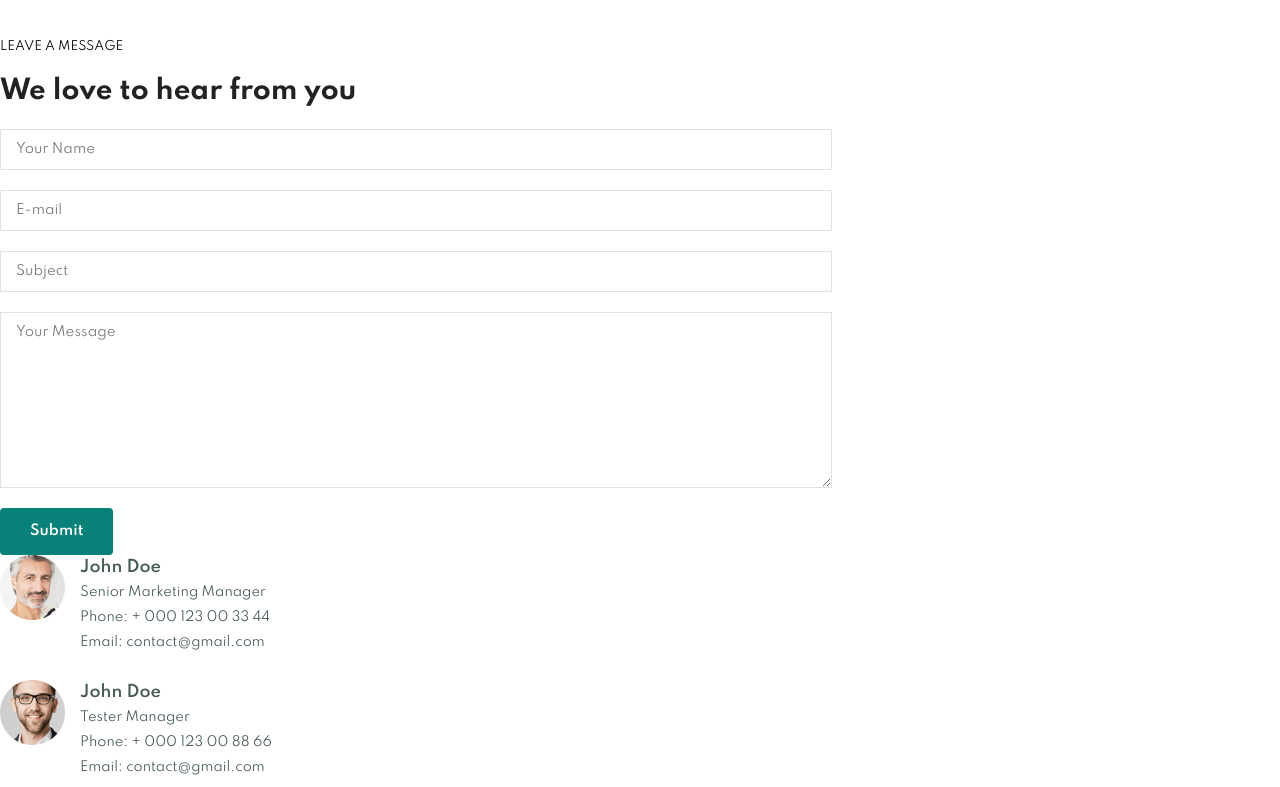
Repository: MinhNhatIT2901/Ecommerce
Page: contact.html
An editor plug-in stored every save of this project. The page is shown before and after the next save, followed by the edit.
The browser window is 1280 px wide. The pictures show the part of the page from y = 813 to 1600 px (the page is 2396 px tall before and 2213 px after).
Pictures or frames that could not be fetched are drawn as grey boxes. Some web libraries are served in a nearby version.

Above is the page before, as saved 2022-01-19 21:26:12.

### contact.html
<!DOCTYPE html>
<html lang="en">
<head>
    <meta charset="UTF-8">
    <meta http-equiv="X-UA-Compatible" content="IE=edge">
    <meta name="viewport" content="width=device-width, initial-scale=1.0">
    <title>Ecommerce</title>
    <link rel="stylesheet" href="https://pro.fontawesome.com/releases/v5.10.0/css/all.css" integrity="sha384-AYmEC3Yw5cVb3ZcuHtOA93w35dYTsvhLPVnYs9eStHfGJvOvKxVfELGroGkvsg+p" crossorigin="anonymous"/>
    <link rel="stylesheet" href="./styles/style.css">
</head>
<body>

    <section id="header">
        <a href="">
            <img src="./imgs/img/logo.png" alt="" class="logo">
        </a>
        <div>
            <ul id="navbar">
                <li><a href="index.html">Home</a></li>
                <li><a href="shop.html">Shop</a></li>
                <li><a href="blog.html">Blog</a></li>
                <li><a href="about.html">About</a></li>
                <li><a class="active" href="contact.html">Contact</a></li>
                <li id="lg-bar"><a href="cart.html"><i class="far fa-shopping-bag"></i></a></li>
                <li><a href="login.html"><i class="fas fa-user"></i></a></li>
                <a href="#" id="close">
                    <i class="far fa-times"></i>
                </a>
            </ul>
        </div>
        <div id="mobile">
            <a href="cart.html"><i class="far fa-shopping-bag"></i></a>
            <i id="bar" class="fas fa-outdent"></i>
        </div>
    </section>

    <section id="page-header" class="about-header">
        <h2>#let's_talk</h2>
        <p>LEAVE A MESSAGE, We love to hear from you!</p>
    </section>

    <section class="contact-details section-p1">
        <div class="details">
            <span>GET IN TOUCH</span>
            <h2>Visit one of our agency locations or contact us today</h2>
            <h3>Head Office</h3>
            <div>
                <li>
                    <i class="fal fa-map"></i>
                    <p>56 Glassford Street Glasgow G1 1UL New York</p>
                </li>
                <li>
                    <i class="far fa-envelope"></i>
                    <p>contact@gmail.com</p>
                </li>
                <li>
                    <i class="fas fa-phone-alt"></i>
                    <p>+84 456 9999</p>
                </li>
                <li>
                    <i class="far fa-clock"></i>
                    <p>Monday to Saturday: 9.00am to 16.pm</p>
                </li>
            </div>
        </div>
        <div class="map">
            <iframe src="https://www.google.com/maps/embed?pb=!1m18!1m12!1m3!1d2469.808984134499!2d-1.2565554842535356!3d51.754816379676555!2m3!1f0!2f0!3f0!3m2!1i1024!2i768!4f13.1!3m3!1m2!1s0x4876c6a9ef8c485b%3A0xd2ff1883a001afed!2zxJDhuqFpIGjhu41jIE94Zm9yZA!5e0!3m2!1svi!2s!4v1642600581756!5m2!1svi!2s" width="600" height="450" style="border:0;" allowfullscreen="" loading="lazy"></iframe>
        </div>
    </section>

    <section id="form-details">
        <form action="">
            <span>LEAVE A MESSAGE</span>
            <h2>We love to hear from you</h2>
            <input type="text" placeholder="Your Name">
            <input type="text" placeholder="E-mail">
            <input type="text" placeholder="Subject">
            <textarea name="" id="" cols="30" rows="10" placeholder="Your Message"></textarea>
            <button class="normal">Submit</button>
        </form>

        <div class="people">
            <div>
                <img src="./imgs/img/people/1.png" alt="">
                <p><span>John Doe</span> Senior Marketing Manager <br> Phone: + 000 123
                    00 33 44 <br>Email: contact@gmail.com</p>
            </div>
            <div>
                <img src="./imgs/img/people/2.png" alt="">
                <p><span>John Doe</span> Tester Manager <br> Phone: + 000 123
                    00 88 66 <br>Email: contact@gmail.com</p>
            </div>
            <div>
                <img src="./imgs/img/people/3.png" alt="">
                <p><span>John Doe</span> Senior Marketing Manager <br> Phone: + 000 123
                    00 99 88 <br>Email: contact@gmail.com</p>
            </div>
        </div>
    </section>

    <section id="newsletter" class="section-p1 section-m1">
        <div class="newstext">
            <h4>Sign Up For Newsletters</h4>
            <p>Get E-mail uppdates about our latest shop and <span>special offers</span></p>
        </div>
        <div class="form">
            <input type="text" placeholder="Your email address">
            <button class="normal">Sign Up</button>
        </div>
    </section>

    <footer class="section-p1">
        <div class="col">
            <img  class="logo" src="imgs/img/logo.png" alt="">
            <h4>Contact</h4>
            <p><strong>Address: </strong> 562 Wellington Road, Street 32, San Francisco</p>
            <p><strong>Phone:</strong> +01 2222 365 /(+91) e1 2345 6789</p>
            <p><strong>Hours:</strong> 10:00 - 18:00, Mon - Sat</p>
            <div class="follow">
                <h4>Follow us</h4>
                <div class="icon">
                    <i class="fab fa-facebook-f"></i>
                    <i class="fab fa-twitter"></i>
                    <i class="fab fa-instagram"></i>
                    <i class="fab fa-pinterest-p"></i>
                    <i class="fab fa-youtube"></i>
                </div>
            </div>
        </div>

        <div class="col">
            <h4>About</h4>
            <a href="#">About us</a>
            <a href="#">Delivery Information</a>
            <a href="#">Privacy Policy</a>
            <a href="#">Terms & Conditions</a>
            <a href="#">Contact Us</a>
        </div>

        <div class="col">
            <h4>My Account</h4>
            <a href="#">Sign In</a>
            <a href="#">View Cart</a>
            <a href="#">My Wishlist</a>
            <a href="#">Track My Order</a>
            <a href="#">Help</a>
        </div>

        <div class="col install">
            <h4>Install App</h4>
            <p>From App Store or Google Play</p>
            <div class="row">
                <img src="imgs/img/pay/app.jpg" alt="">
                <img src="imgs/img/pay/play.jpg" alt="">
            </div>
            <p>Secured Payment Gateways </p>
            <img src="imgs/img/pay/pay.png" alt="">
        </div>
    </footer>
    <div class="copyright">
        <p>® 2021, Tech2 etc HTML CSS Ecommerce Templatek</p>
    </div>
    <script src="./styles/style.js"></script>
</body>
</html>

### styles/style.css
@import url("https://fonts.googleapis.com/css2?family=Poppins:wght@400;500;600;700&family=Spartan:wght@400;500;600;700&display=swap");

:root {
  --primary-color: #088178;
}
* {
  padding: 0;
  margin: 0;
  box-sizing: border-box;
  font-family: "Spartan", sans-serif;
}

h1 {
  font-size: 50px;
  line-height: 64px;
  color: #222;
}

h2 {
  font-size: 46px;
  line-height: 54px;
  color: #222;
}

h4 {
  font-size: 20px;
  color: #222;
}

h6 {
  font-weight: 700;
  font-size: 12px;
}

p {
  font-size: 16px;
  color: #465b52;
  margin: 15px 0 20px 0;
}

.section-p1 {
  padding: 40px 80px;
}

.section-m1 {
  margin: 40px 0;
}

button.normal {
  font-size: 14px;
  font-weight: 600;
  padding: 15px 30px;
  color: #000;
  background-color: #fff;
  cursor: pointer;
  border-radius: 4px;
  outline: none;
  transition: 0.25s;
  border: none;
}

button.white {
  font-size: 13px;
  font-weight: 600;
  padding: 11px 18px;
  color: #fff;
  background-color: transparent;
  cursor: pointer;
  outline: none;
  transition: 0.25s;
  border: 1px solid #fff;
  transition: 0.25s ease;
}

body {
  width: 100%;
}

/* Header */
#header {
  display: flex;
  align-items: center;
  justify-content: space-between;
  padding: 20px 80px;
  background: #e3e6f3;
  box-shadow: 0 5px 15px rgba(0, 0, 0, 0.06);
  z-index: 100;
  position: sticky;
  top: 0;
  left: 0;
}

#navbar {
  display: flex;
  align-items: center;
  justify-content: center;
}

#navbar li {
  list-style: none;
  padding: 0 20px;
  position: relative;
}

#navbar li a {
  text-decoration: none;
  font-size: 16px;
  font-weight: 600;
  color: #1a1a1a;
  transition: 0.25s ease;
}

#navbar li a:hover,
#navbar li a.active {
  color: var(--primary-color);
}

#navbar li a.active::after,
#navbar li a:hover::after {
  content: "";
  width: 30%;
  height: 2px;
  position: absolute;
  bottom: -4px;
  left: 20px;
  background: var(--primary-color);
}

#mobile {
  display: none;
  align-items: center;
}

#close {
  display: none;
}

/* Page home */
#hero {
  background-image: url("/imgs/img/hero4.png");
  height: 90vh;
  width: 100%;
  background-position: top 25% right 0;
  background-size: cover;
  padding: 0 80px;
  display: flex;
  align-items: flex-start;
  justify-content: center;
  flex-direction: column;
}

#hero h4 {
  padding-bottom: 15px;
}

#hero h1 {
  color: var(--primary-color);
}

#hero button {
  background-image: url("/imgs/img/button.png");
  background-color: transparent;
  color: var(--primary-color);
  border: 0;
  padding: 14px 80px 14px 65px;
  background-repeat: no-repeat;
  font-weight: 700;
  font-size: 15px;
  cursor: pointer;
}

#feature {
  display: flex;
  align-items: center;
  justify-content: space-between;
  flex-wrap: wrap;
}

#feature .fe-box {
  width: 180px;
  text-align: center;
  padding: 25px 15px;
  box-shadow: 20px 20px 34px rgba(0, 0, 0, 0.03);
  border: 1px solid #cce7d0;
  border-radius: 4px;
  margin: 15px 0;
}

#feature .fe-box:hover {
  box-shadow: 10px 10px 54px rgba(70, 62, 221, 0.1);
  cursor: pointer;
}

#feature .fe-box img {
  width: 100%;
  margin-bottom: 10px;
}

#feature .fe-box h6 {
  padding: 9px 8px 6px 8px;
  line-height: 1;
  border-radius: 4px;
  color: #088178;
  background-color: #fddde4;
}

#feature .fe-box:nth-child(2) h6 {
  background-color: #cdebbc;
}

#feature .fe-box:nth-child(3) h6 {
  background-color: #d1e8f2;
}

#feature .fe-box:nth-child(4) h6 {
  background-color: #cdd4f8;
}

#feature .fe-box:nth-child(5) h6 {
  background-color: #f6dbf6;
}

#feature .fe-box:nth-child(6) h6 {
  background-color: #fff2e5;
}

#product1 {
  text-align: center;
}

#product1 .pro-container {
  display: flex;
  justify-content: space-between;
  padding-top: 20px;
  flex-wrap: wrap;
}

#product1 .pro {
  width: 23%;
  min-width: 250px;
  padding: 10px 12px;
  border: 1px solid #cce7d0;
  border-radius: 25px;
  cursor: pointer;
  box-shadow: 20px 20px 30px rgba(0, 0, 0, 0.02);
  margin: 15px 0;
  transition: 0.25s ease-in;
  position: relative;
}

#product1 .pro:hover {
  box-shadow: 20px 20px 30px rgba(0, 0, 0, 0.06);
}

#product1 .pro img {
  width: 100%;
  border-radius: 20px;
}

#product1 .pro .des {
  text-align: start;
  padding: 10px 0;
}

#product1 .pro .des span {
  color: #606060;
  font-size: 12px;
}

#product1 .pro .des h5 {
  padding-top: 7px;
  color: #1a1a1a;
  font-size: 14px;
}

#product1 .pro .des i {
  font-size: 12px;
  color: rgb(243, 181, 25);
}

#product1 .pro .des h4 {
  padding-top: 17px;
  font-size: 15px;
  font-weight: 700;
  color: var(--primary-color);
}

#product1 .pro .cart {
  width: 40px;
  height: 40px;
  line-height: 40px;
  border-radius: 50px;
  background-color: #e8f6ea;
  color: var(--primary-color);
  border: 1px solid #cce7d0;
  right: 10px;
  position: absolute;
  bottom: 20px;
}

#product1 .pro .cart:hover {
  background-color: #a2fab0;
}

#banner {
  display: flex;
  flex-direction: column;
  justify-content: center;
  align-items: center;
  text-align: center;
  background-image: url("/imgs/img/banner/b2.jpg");
  width: 100%;
  height: 40vh;
  background-size: cover;
  background-position: center;
}

#banner h4 {
  color: #fff;
  font-size: 16px;
}

#banner h2 {
  color: #fff;
  font-size: 30px;
  padding: 10px 0;
}

#banner h2 span {
  color: #ef3636;
}

#banner button:hover {
  background-color: var(--primary-color);
  color: #fff;
}

#sm-banner {
  display: flex;
  justify-content: space-between;
  flex-wrap: wrap;
}

#sm-banner .banner-box {
  display: flex;
  flex-direction: column;
  justify-content: center;
  align-items: flex-start;
  background-image: url("/imgs/img/banner/b17.jpg");
  min-width: 660px;
  height: 50vh;
  background-size: cover;
  background-position: center;
  padding: 30px;
}

#sm-banner h4 {
  color: #fff;
  font-size: 30px;
  font-weight: 300;
}

#sm-banner h2 {
  color: #fff;
  font-size: 28px;
  font-weight: 800;
}

#sm-banner span {
  color: #fff;
  font-size: 16px;
  font-weight: 300;
  padding-bottom: 15px;
}

#sm-banner .banner-box:hover button {
  background: var(--primary-color);
  border: 1px solid var(--primary-color);
}

#sm-banner .banner-box2 {
  background-image: url("/imgs/img/banner/b10.jpg");
}

#banner3 {
  display: flex;
  justify-content: space-between;
  flex-wrap: wrap;
  padding: 0 80px;
}

#banner3 .banner-box {
  display: flex;
  flex-direction: column;
  justify-content: center;
  align-items: flex-start;
  background-image: url("/imgs/img/banner/b7.jpg");
  min-width: 30%;
  height: 30vh;
  background-size: cover;
  background-position: center;
  padding: 20px;
}

#banner3 h2 {
  color: #fff;
  font-weight: 900;
  font-size: 22px;
}

#banner3 h3 {
  color: red;
  font-weight: 800;
  font-size: 15px;
}

#banner3 .banner-box2 {
  background-image: url("/imgs/img/banner/b4.jpg");
}

#banner3 .banner-box3 {
  background-image: url("/imgs/img/banner/b18.jpg");
}

#newsletter {
  display: flex;
  justify-content: space-between;
  flex-wrap: wrap;
  text-align: center;
  background-image: url("/imgs/img/banner/b14.jpg");
  background-repeat: no-repeat;
  background-position: 20% 30%;
  background-color: #041e42;
}

#newsletter h4 {
  font-size: 22px;
  font-weight: 600;
  color: #fff;
}

#newsletter p {
  font-size: 22px;
  font-weight: 600;
  color: #818ea0;
}

#newsletter p span {
  color: #ffbd27;
}

#newsletter .form {
  display: flex;
  height: 3.123rem;
}

.form-input {
  padding: 0 1.25rem;
  font-size: 14px;
  border: 1px solid transparent;
  border-radius: 4px;
  outline: none;
  border-top-right-radius: 0;
  border-bottom-right-radius: 0;
  position: relative;
}

.form-input:focus {
  border-color: #210af7;
}

#newsletter button {
  background-color: var(--primary-color);
  color: #fff;
  white-space: nowrap;
  border-top-left-radius: 0;
  border-bottom-left-radius: 0;
}

footer {
  display: flex;
  flex-wrap: wrap;
  justify-content: space-between;
}

footer .col {
  display: flex;
  flex-direction: column;
  align-items: flex-start;
  margin-bottom: 20px;
}

footer .logo {
  margin-bottom: 30px;
}

footer h4 {
  font-size: 14px;
  padding-bottom: 20px;
}

footer p {
  font-size: 13px;
  margin: 0 0 8px 0;
}

footer a {
  font-size: 13px;
  text-decoration: none;
  color: #222;
  margin-bottom: 10px;
}

footer .follow {
  margin-top: 20px;
}

footer .follow i {
  color: #465b52;
  padding-right: 4px;
  cursor: pointer;
}

.row img:hover {
  cursor: pointer;
  transform: scale(1.03);
}

footer .install .row img {
  border: 1px solid var(--primary-color);
  border-radius: 6px;
}

footer .install img {
  margin: 10px 0 15px 0;
  transition: transform 0.25s linear;
}

footer .follow i:hover,
footer a:hover {
  color: var(--primary-color);
}

.copyright {
  text-align: center;
}

/* Shop */
#page-header {
  background-image: url("/imgs/img/banner/b1.jpg");
  width: 100%;
  height: 40vh;
  background-size: cover;
  display: flex;
  justify-content: center;
  align-items: center;
  text-align: center;
  flex-direction: column;
  padding: 14px;
}

#page-header h2,
#page-header p {
  color: #fff;
}

#pagination {
  text-align: center;
}

#pagination a {
  text-decoration: none;
  background-color: var(--primary-color);
  padding: 15px 20px;
  border-radius: 4px;
  font-weight: 600;
  color: #fff;
}

#pagination a i {
  font-size: 16px;
  font-weight: 600;
}

/* Single Product */
#prodetails {
  display: flex;
  margin-top: 20px;
}
#prodetails .single-pro-img {
  width: 40%;
  margin-right: 50px;
}

.small-img-group {
  display: flex;
  justify-content: space-between;
}

.small-img-col {
  flex-basis: 24%;
  cursor: pointer;
}

.single-pro-details {
  width: 50%;
  padding-top: 30px;
}

.single-pro-details h4 {
  padding: 40px 0 20px 0;
}

.single-pro-details h2 {
  font-size: 26px;
}

.single-pro-details select {
  display: block;
  padding: 5px 10px;
  margin-bottom: 10px;
}

.single-pro-details input {
  width: 50px;
  height: 47px;
  padding-left: 10px;
  font-size: 16px;
  margin-right: 10px;
}

.single-pro-details input:focus {
  outline: none;
}

.single-pro-details button {
  background: var(--primary-color);
  color: #fff;
}

.single-pro-details span {
  line-height: 25px;
}

/* Blog Page */
#page-header.blog-header {
  background-image: url("/imgs/img/banner/b19.jpg");
}

#blog {
  padding: 150px 150px 0 150px;
}

#blog .blog-box {
  position: relative;
  display: flex;
  align-items: center;
  width: 100%;
  padding-bottom: 90px;
}

#blog .blog-img {
  width: 50%;
  margin-right: 40px;
}

#blog img {
  width: 100%;
  height: 300px;
  object-fit: cover;
}

#blog .blog-details {
  width: 50%;
}

#blog .blog-details a {
  text-decoration: none;
  font-size: 11px;
  color: #000;
  font-weight: 700;
  position: relative;
  transition: 0.25 ease;
}

#blog .blog-details a::after {
  content: "";
  width: 50px;
  height: 1px;
  background-color: #000;
  position: absolute;
  top: 4px;
  right: -60px;
}

#blog .blog-details a:hover {
  color: var(--primary-color);
}

#blog .blog-details a:hover::after {
  background-color: var(--primary-color);
}

#blog .blog-box h1 {
  position: absolute;
  top: -40px;
  left: 0;
  font-size: 70px;
  font-weight: 700;
  z-index: -9;
  color: #c9cbce;
}

/* About Page */
#page-header.about-header {
  background-image: url("/imgs/img/about/banner.png");
}

#about-head {
  display: flex;
  align-items: center;
}

#about-head img {
  width: 50%;
  height: auto;
}

#about-head div {
  padding-left: 40px;
}

#about-head div p,
#about-head div abbr {
  line-height: 1.4;
}

#about-app {
  text-align: center;
}

#about-app .video {
  width: 70%;
  height: 100%;
  margin: 30px auto 0;
}

#about-app .video video {
  width: 100%;
  height: 100%;
  border-radius: 20px;
}

/* Contact Page */

.contact-details {
  display: flex;
  align-items: center;
  justify-content: space-between;
}

.contact-details .details {
  width: 40%;
}

.contact-details .details {
  width: 40%;
}

.contact-details .details span,
#form-details form span {
  font-size: 12px;
}

.contact-details .details h2,
#form-details form h2 {
  font-size: 26px;
  line-height: 35px;
  padding: 20px 0;
}

.contact-details .details h3 {
  font-size: 16px;
  padding-bottom: 15px;
}

.contact-details .details li {
  list-style: none;
  display: flex;
  padding: 10px 0;
}

.contact-details .details li i {
  font-size: 14px;
  padding-right: 22px;
}

.contact-details .details li p {
  margin: 0;
  font-size: 14px;
}

.contact-details .map {
  width: 55%;
  height: 400px;
}

.contact-details .map iframe {
  width: 100%;
  height: 100%;
}

#form-details form {
  width: 65%;
  display: flex;
  flex-direction: column;
  align-items: flex-start;
}

#form-details form input,
#form-details form textarea {
  width: 100%;
  padding: 12px 15px;
  outline: none;
  margin-bottom: 20px;
  border: 1px solid #e1e1e1;
}

#form-details form button {
  background-color: #088178;
  color: #fff;
}

#form-details .people div {
  padding-bottom: 25px;
  display: flex;
  align-items: flex-start;
}

#form-details .people div img {
  width: 65px;
  height: 65px;
  object-fit: cover;
  margin-right: 15px;
}

#form-details .people div p {
  margin: 0;
  font-size: 13px;
  line-height: 25px;
}

#form-details .people div p span {
  display: block;
  font-size: 16px;
  font-weight: 600;
  color: O#00e;
}

/* Reponsive Start Media */
@media (max-width: 799px) {
  .section-p1 {
    padding: 40px 40px;
  }
  #navbar {
    display: flex;
    flex-direction: column;
    align-items: flex-start;
    justify-content: flex-start;
    position: fixed;
    top: 0;
    right: -300px;
    height: 100vh;
    width: 300px;
    background-color: #e3e6f3;
    box-shadow: 0 40px 60px rgba(0, 0, 0, 0.02);
    padding: 80px 0 0 10px;
    transition: 0.25s ease;
  }

  #navbar.active {
    right: 0;
  }

  #navbar li {
    margin-bottom: 25px;
  }

  #mobile {
    display: flex;
    align-items: center;
  }

  #mobile i {
    color: #1a1a1a;
    font-size: 24px;
    padding-left: 20px;
  }

  #close {
    position: absolute;
    top: 30px;
    right: 30px;
    color: #222;
    font-size: 24px;
    display: initial;
  }

  #lg-bar {
    display: none;
  }

  #hero {
    height: 70vh;
    padding: 0 80px;
    display: flex;
    background-position: top 30% right 30%;
  }

  #feature {
    justify-content: center;
  }

  #feature .fe-box {
    margin: 15px;
  }

  #product1 .pro-container {
    justify-content: center;
  }

  #product1 .pro {
    margin: 15px;
  }

  #banner {
    height: 20vh;
  }

  #sm-banner .banner-box {
    min-width: 100%;
    height: 30vh;
  }

  #banner3 {
    padding: 0 40px;
  }

  #banner3 .banner-box {
    width: 28%;
  }

  #newsletter .form {
    width: 100%;
  }
}

@media (max-width: 477px) {
  .section-p1 {
    padding: 20px;
  }

  #header {
    padding: 10px 30px;
  }

  h1 {
    font-size: 38px;
  }

  h2 {
    font-size: 32px;
  }

  #hero {
    padding: 0 20px;
    background-position: 55%;
  }

  #feature {
    justify-content: space-between;
  }

  #feature .fe-box {
    width: 155px;
    margin: 0 0 15px 0;
  }

  #product1 .pro {
    width: 100%;
  }

  #banner {
    height: 40vh;
  }

  #sm-banner .banner-box {
    height: 40vh;
  }

  #sm-banner .banner-box2 {
    margin-top: 20px;
  }

  #banner3 {
    padding: 0 20px;
  }

  #banner3 .banner-box {
    width: 100%;
  }

  #newsletter {
    padding: 40px 20px;
  }

  #newsletter .form {
    width: 100%;
  }

  /* Single Product */
  #prodetails {
    display: flex;
    flex-direction: column;
  }
  #prodetails .single-pro-img {
    width: 100%;
    margin-right: 0px;
  }
  .single-pro-details {
    width: 100%;
  }

  /* Blog Page */
  #blog {
    padding: 100px 20px 0 20px;
  }

  #blog .blog-box {
    display: flex;
    flex-direction: column;
    align-items: flex-start;
  }

  #blog .blog-img {
    width: 100%;
    margin-bottom: 30px;
  }

  #blog .blog-details {
    width: 100%;
  }

  /* About Page */
  #about-head {
    flex-direction: column;
  }

  #about-head img {
    width: 100%;
    margin-bottom: 20px;
  }

  #about-head .video {
    width: 100%;
  }
}

### styles/style.js
const bar = document.getElementById('bar')
const nav = document.getElementById('navbar')
const cl = document.getElementById('close')

if (bar) {
    bar.addEventListener('click', () => {
        nav.classList.add('active')
    })
}

if (cl) {
    cl.addEventListener('click', () => {
        nav.classList.remove('active')
    })
}

After the next save:
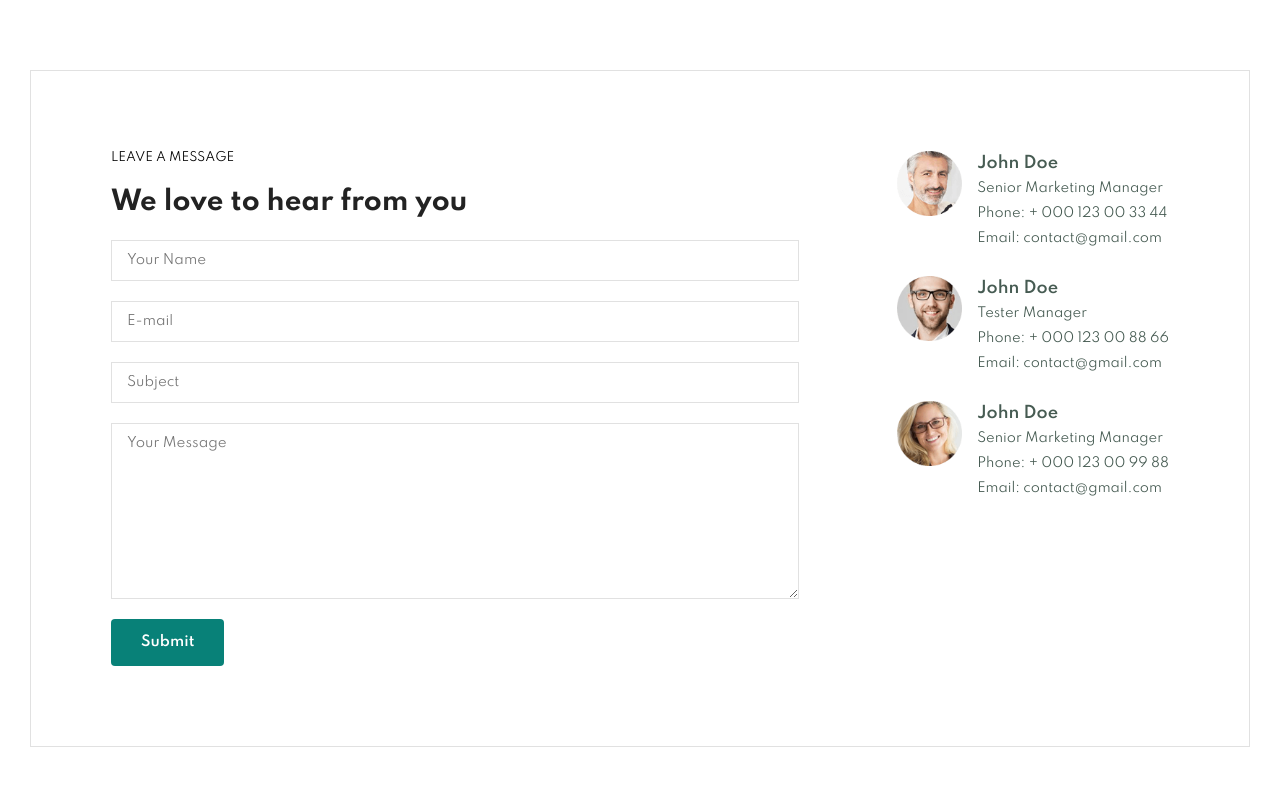
Saved 2 min 28 s later.
--- a/styles/style.css
+++ b/styles/style.css
@@ -808,6 +808,14 @@ footer a:hover {
 .contact-details .map iframe {
   width: 100%;
   height: 100%;
+}
+
+#form-details {
+  display: flex;
+  justify-content: space-between;
+  margin: 30px;
+  padding: 80px;
+  border: 1px solid #e1e1e1;
 }
 
 #form-details form {
